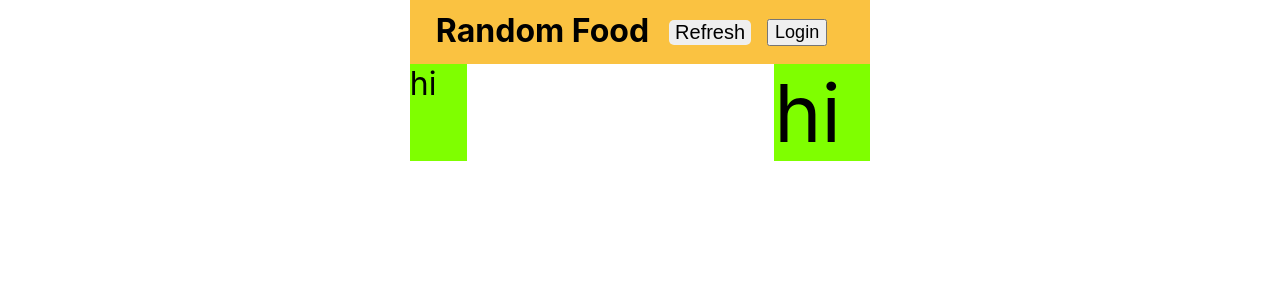
Repository: limjoohyun2030/random-food
Page: /random-food/home
An editor plug-in stored every save of this project. The page is shown before and after a run of saves, followed by the edit.
The browser window is 1280 px wide. The pictures show the whole page.
The page's requests for data from a server got no answer. The project was rebuilt for these pictures with package versions that can differ from the ones it lists, and the page was loaded fresh each time. A package was used in the major version that the imports need, not the one package.json lists. No one was signed in, and anything a server would have sent is missing. Also part of the build but not shown: src/components/food_detail/food_detail.module.css, src/components/food_detail/food_detail.jsx, src/components/food_item/food_item.module.css, src/components/food_item/food_item.jsx, src/components/login/login.module.css, src/components/login/login.jsx.

Above is the page before, as saved 2021-11-11 02:24:03.

### public/index.html
<!DOCTYPE html>
<html lang="en">
  <head>
    <meta charset="utf-8" />
    <link rel="icon" href="/images/foodIcon.ico" />
    <meta name="viewport" content="width=device-width, initial-scale=1" />
    <meta name="theme-color" content="#000000" />
    <meta
      name="description"
      content="Web site created using create-react-app"
    />

    <title>Random Food</title>
  </head>
  <body>
    <noscript>You need to enable JavaScript to run this app.</noscript>
    <div id="root"></div>
  </body>
</html>

### src/index.js
import React from "react";
import ReactDOM from "react-dom";
import "./index.css";
import App from "./app";
import AuthService from "./service/auth_service";

const authService = new AuthService();

ReactDOM.render(
  <React.StrictMode>
    <App authService={authService} />
  </React.StrictMode>,
  document.getElementById("root")
);

### src/index.css
body {
  margin: 0;
  padding: 0;
  font-family: -apple-system, BlinkMacSystemFont, "Segoe UI", "Roboto", "Oxygen",
    "Ubuntu", "Cantarell", "Fira Sans", "Droid Sans", "Helvetica Neue",
    sans-serif;
  -webkit-font-smoothing: antialiased;
  -moz-osx-font-smoothing: grayscale;
}

code {
  font-family: source-code-pro, Menlo, Monaco, Consolas, "Courier New",
    monospace;
}

* {
  box-sizing: border-box;
}

#root {
  display: flex;
  justify-content: center;
}

### src/app.jsx
import { useEffect, useState, useRef } from "react";
import { BrowserRouter, Route, Switch } from "react-router-dom";
import styles from "./app.module.css";
import FoodDetail from "./components/food_detail/food_detail";
import FoodList from "./components/food_list/food_list";
import Header from "./components/header/header";
import Login from "./components/login/login";


function App({ authService }) {
  const ref = useRef();
  const [foods, setFoods] = useState([]);
  const [isSelectedFood, setIsSelectedFood] = useState();
  const [isFoodOpen, setIsFoodOpen] = useState(false);
  const [isRefresh, setIsRefresh] = useState(false);

  const selectFood = (food) => {
    setIsSelectedFood(food);
  };

  const onRefreshClick = () => {
    setIsRefresh((oldstate) => !oldstate);
  };

  useEffect(() => {
    const myHeaders = new Headers();
    myHeaders.append("Content-Type", "application/json");

    const requestOptions = {
      method: "GET",
      headers: myHeaders,
      redirect: "follow",
    };

    fetch(
      "https://api.spoonacular.com/recipes/random?number=4&apiKey=92cedfb0b9e844679738e6c6c90cd453",
      requestOptions
    )
      .then((response) => response.json())
      .then((result) => setFoods(result.recipes))
      .catch((error) => console.log("error", error));
  }, [isRefresh]);

  useEffect(() => {
    const checkIfClickedOutside = (e) => {
      if (isFoodOpen && ref.current && !ref.current.contains(e.target)) {
        setIsFoodOpen(false);
      }
    };

    document.addEventListener("mousedown", checkIfClickedOutside);

    return () => {
      document.removeEventListener("mousedown", checkIfClickedOutside);
    };
  }, [isFoodOpen]);

  return (
    <div className={styles.app}>
      <BrowserRouter>
        <Switch>
          <Route
            exact
            path="/random-food/"
            render={() => <Login authService={authService} />}
          />

          <Route
            path="/random-food/home"
            render={() => (
              <div>
                <Header onRefreshClick={onRefreshClick} />
                <section>
                  <div className={styles.detail}>
                    {isFoodOpen && <FoodDetail food={isSelectedFood} />}
                  </div>

                  <div
                    className={styles.list}
                    onClick={() => setIsFoodOpen((oldstate) => !oldstate)}
                  >
                    <FoodList
                      foods={foods}
                      onFoodClick={selectFood}
                      ref={ref}
                    />
                  </div>
                </section>
              </div>
            )}
          />
          <Route path="*">
            <h2>Page Not Found</h2>
          </Route>
        </Switch>
      </BrowserRouter>
    </div>
  );
}

export default App;

### src/service/auth_service.js
import firebase from "firebase";
import firebaseApp from "./firebase";

class AuthService {
  login() {
    const authProvider = new firebase.auth.GoogleAuthProvider();
    return firebaseApp.auth().signInWithPopup(authProvider);
  }
}

export default AuthService;

### src/app.module.css
/* @value makerLightOrange from './common/colors.css'; */

.app {
  max-width: 100rem;
  /* background-image: url("https://image.freepik.com/free-photo/spaghetti-with-spicy-mixed-seafood-dark-background_1150-45297.jpg"); */
  background-repeat: no-repeat;
  background-size: 100vw 100vh;
}

.content {
  position: relative;
}

.detail {
  z-index: 2;
  /* margin: auto 0; */
  margin-top: 5px;
  height: 520px;
  width: auto;
  position: absolute;
  background-color: #dfe08e;
}

.list {
  /* visibility: hidden; */
  z-index: 1;
}

### src/components/food_list/food_list.jsx
import React from "react";
import FoodItem from "../food_item/food_item";
import styles from "./food_list.module.css";

const FoodList = React.forwardRef(({ foods, onFoodClick }, ref) => {
  return (
    <section className={styles.foodBox}>
      <div className={styles.sidebarLeft}>hi</div>
      <ul className={styles.foods}>
        {foods &&
          foods.map((food) => (
            <FoodItem
              key={food.id}
              food={food}
              onFoodClick={onFoodClick}
              ref={ref}
            />
          ))}
      </ul>
      <div className={styles.sidebarRight}>hi</div>
    </section>
  );
});

export default FoodList;

### src/components/header/header.jsx
import styles from "./header.module.css";
import React from "react";

const Header = ({ onRefreshClick }) => {
  return (
    <header className={styles.header}>
      <div className={styles.leftbox}>
        {/* <img
          className={styles.foodIcon}
          src="https://github.com/Sweetpotatopizza/random-food/blob/main/public/images/reloadIcon.png"
          alt="logo"
        /> */}
        <h1 className={styles.title}>Random Food</h1>
        <button className={styles.reloadBox} onClick={onRefreshClick}>
          Refresh
          {/* <img
            className={styles.reloadBtn}
            src="/images/reload.png"
            alt="reload"
          /> */}
        </button>
      </div>
      {/* fontawesome needed */}
      <div className={styles.rightbox}>
        {/* <button className={styles.like}>Like</button> */}
        <button className={styles.login}>Login</button>
      </div>
    </header>
  );
};

export default Header;

### src/service/firebase.js
// Import the functions you need from the SDKs you need
// import { initializeApp } from "firebase/app";
import firebase from "firebase";

// TODO: Add SDKs for Firebase products that you want to use
// https://firebase.google.com/docs/web/setup#available-libraries

// Your web app's Firebase configuration
// For Firebase JS SDK v7.20.0 and later, measurementId is optional
const firebaseConfig = {
  apiKey: process.env.REACT_APP_FIREBASE_API_KEY,
  authDomain: process.env.REACT_APP_FIREBASE_AUTH_DOMAIN,
  databaseURL: process.env.REACT_APP_FIREBASE_DB_URL,
  projectId: process.env.REACT_APP_FIREBASE_PROJECT_ID,
  appId: process.env.REACT_APP_FIREBASE_APP_ID,
};

// console.log(process.env.REACT_APP_FIREBASE_API_KEY);
// Initialize Firebase
const firebaseApp = firebase.initializeApp(firebaseConfig);
export default firebaseApp;

### src/components/food_list/food_list.module.css
.foodBox {
  display: flex;
}

.foods {
  display: flex;
  flex-wrap: wrap;
  list-style: none;
  justify-content: center;
  align-items: center;
  width: 80%;
  margin: 1em auto;
  padding: 0;
}

.sidebarLeft {
  background-color: chartreuse;
  font-size: 2em;
  width: 15%;
}

.sidebarRight {
  background-color: chartreuse;
  font-size: 5em;
  width: 25%;
}

@media screen and (max-width: 769px) {
  .foods {
    flex-direction: column;
    flex-wrap: nowrap;
    width: 100%;
  }
}

### src/components/header/header.module.css
/* @value makerOrange from '../../common/colors.css'; */

.header {
  display: flex;
  height: 4rem;
  padding: 0.8em 1em;
  background-color: #fac241;
  align-items: center;
  justify-content: space-between;
}

.leftbox {
  display: flex;
  align-items: center;
  margin-right: 1em;
}

.title {
  margin-top: 19px;
  margin-left: 10px;
}

.foodIcon {
  width: 50px;
  height: 50px;
}

.reloadBox {
  font-size: 20px;
  border-radius: 5px;
  border: none;
  margin-left: 1em;
  transition: transform 200ms ease-in-out;
}

.reloadBox:hover {
  cursor: pointer;
  transform: scale(1.07);
}

.reloadBtn {
  width: 40px;
  height: 40px;
}

.reloadBtn:hover {
  cursor: pointer;
  animation-name: spin;
  animation-duration: 2000ms;
  animation-iteration-count: infinite;
  animation-timing-function: linear;
}

@keyframes spin {
  from {
    transform: rotate(0deg);
  }
  to {
    transform: rotate(360deg);
  }
}

.like {
  margin-right: 1.5em;
  font-size: large;
  cursor: pointer;
  transition: transform 200ms ease-in-out;
}

.like:hover {
  transform: scale(1.07);
}

.login {
  margin-right: 1.5em;
  font-size: large;
  cursor: pointer;
  transition: transform 200ms ease-in-out;
}

.login:hover {
  transform: scale(1.07);
}

After the next 2 saves:
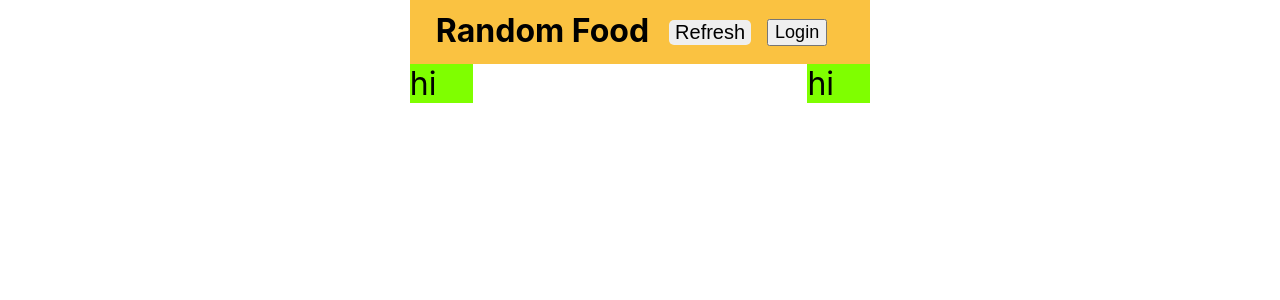
The 2 saves are shown as one change because they came seconds apart.
The last was saved 9 s later.
--- a/src/components/food_list/food_list.module.css
+++ b/src/components/food_list/food_list.module.css
@@ -21,8 +21,8 @@
 
 .sidebarRight {
   background-color: chartreuse;
-  font-size: 5em;
-  width: 25%;
+  font-size: 2em;
+  width: 15%;
 }
 
 @media screen and (max-width: 769px) {
